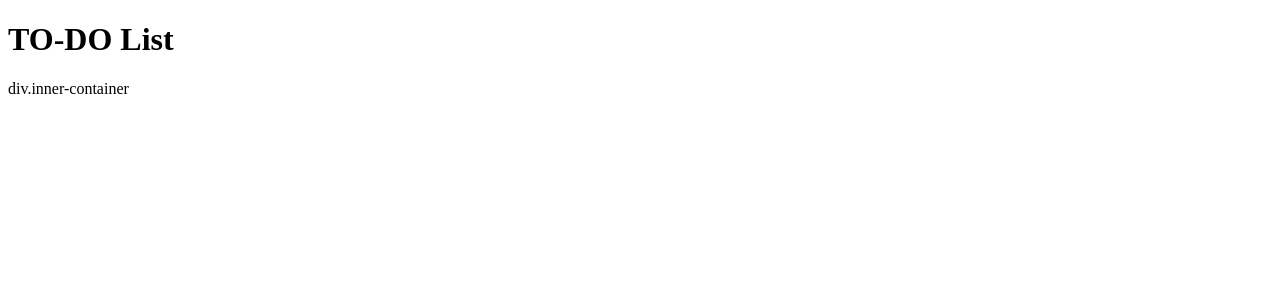
Repository: ksusmitha879-cyber/todo-list
Page: index.html
The author's editor kept a copy of each file at every save. The page is drawn from the files as they stood at one save, then again after the next save.
The browser window is 1280 px wide. The pictures show the whole page.

Above is the page before, as saved 2025-11-28 02:20:11.

After the next save:
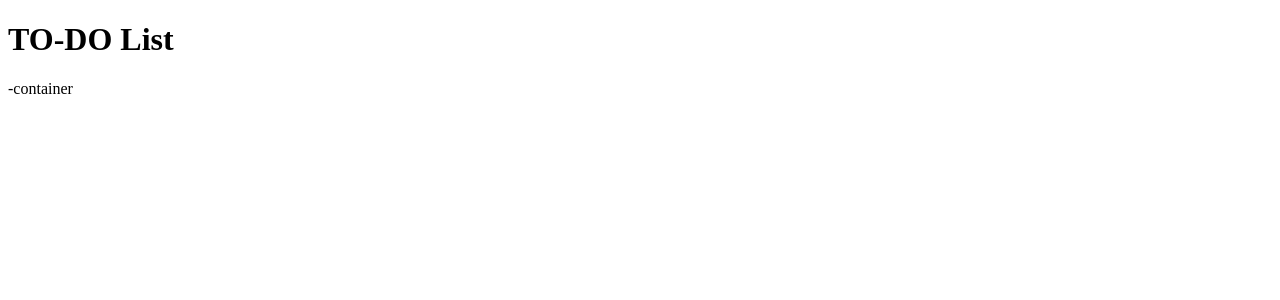
Saved 6 s later.
--- a/index.html
+++ b/index.html
@@ -8,7 +8,7 @@
 <body>
     <div class="container">
         <h1>TO-DO List</h1>
-        div.inner-container
+        <div class="input"></div>-container
     </div>
 </body>
 </html>
